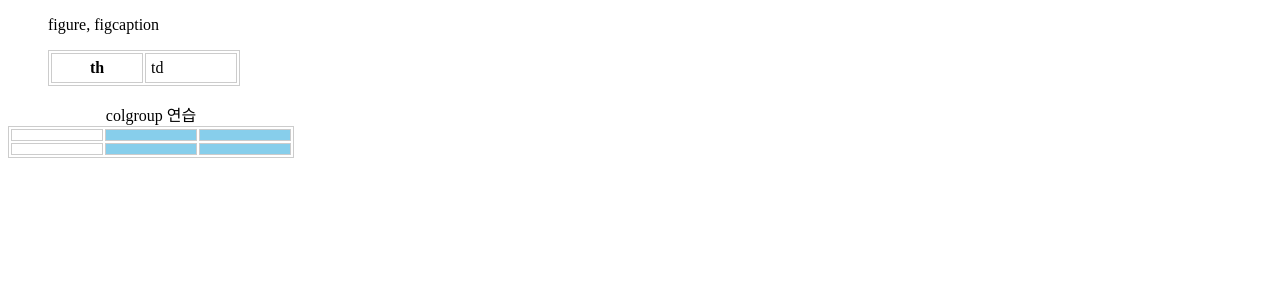
Repository: yeonddu/green_css
Page: web/pro01/songyeonsu/table2.html
The author's editor kept a copy of each file at every save. The page is drawn from the files as they stood at one save, then again after the next save.
The browser window is 1280 px wide. The pictures show the whole page.

Above is the page before, as saved 2022-12-13 07:31:31.

After the next save:
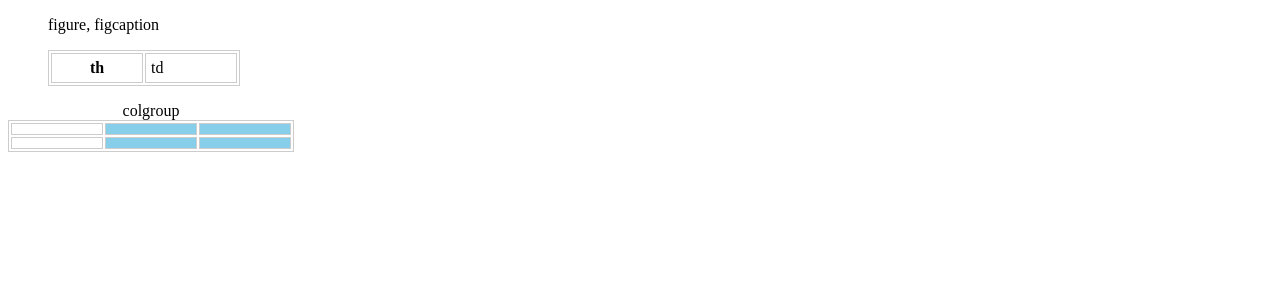
Saved 4 s later.
--- a/web/pro01/songyeonsu/table2.html
+++ b/web/pro01/songyeonsu/table2.html
@@ -28,7 +28,7 @@
 </figure>
 
 <table border="1">
-		<caption>colgroup 연습</caption>
+		<caption>colgroup</caption>
 		<colgroup>
 			<col>
 			<col span="2" style="background-color:skyblue;">
